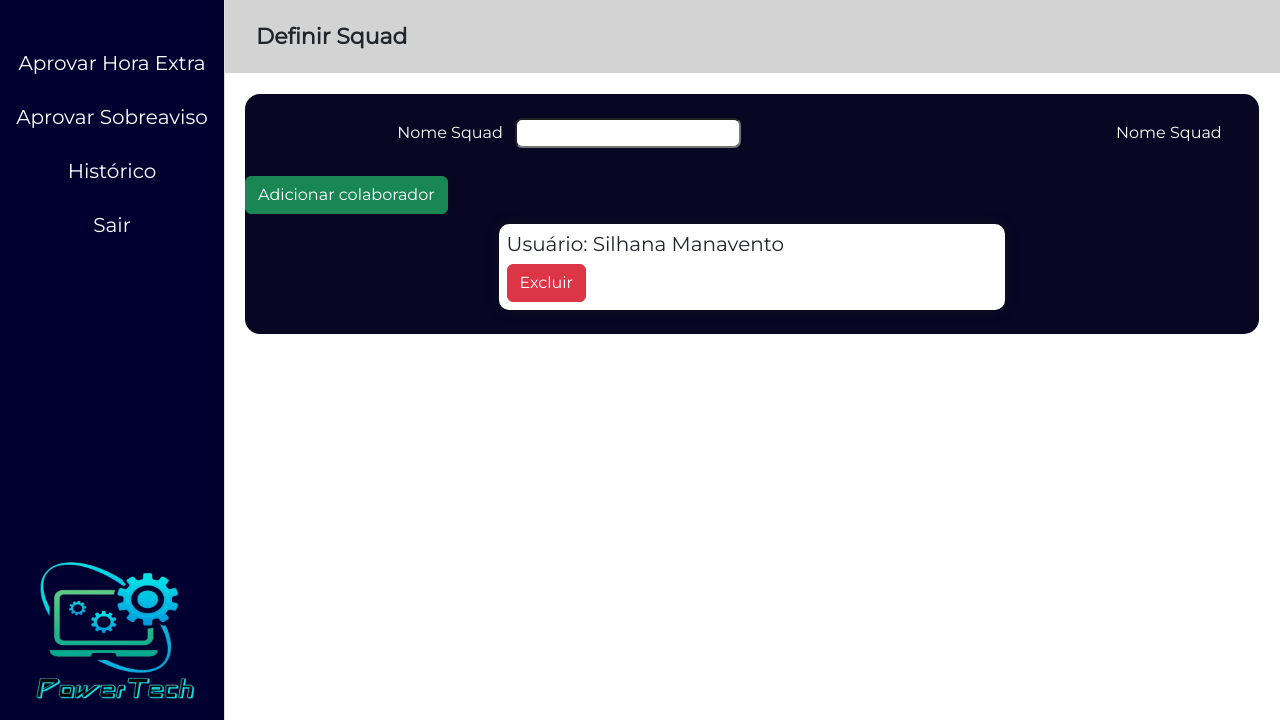
Repository: PowerTech-Fatec/API-2RP-NET
Page: /adm/squad (app in Sprint 3/2rp-web/)
These files come from the project's save history. The page is drawn as it stood at one moment and after the next save; the edit follows.
The browser window is 1280 px wide. The pictures show the whole page.
The project was rebuilt for these pictures with package versions that can differ from the ones it lists, and the page was loaded fresh each time. Also part of the build but not shown: Sprint 3/2rp-web/src/pages/login/login.js, Sprint 3/2rp-web/src/pages/home/dashboard.js, Sprint 3/2rp-web/src/pages/home/sobreaviso/sobreaviso.css, Sprint 3/2rp-web/src/pages/home/sobreaviso/sobreaviso.js, Sprint 3/2rp-web/src/pages/home/hora-extra/hora-extra.css, Sprint 3/2rp-web/src/pages/home/hora-extra/hora-extra.js, Sprint 3/2rp-web/src/components/cards/Cards.js, Sprint 3/2rp-web/src/pages/home/gestor/aprovar-hora-extra/gestor.js and 3 more.

Above is the page before, as saved 2022-11-02 16:24:46.

After the next save:
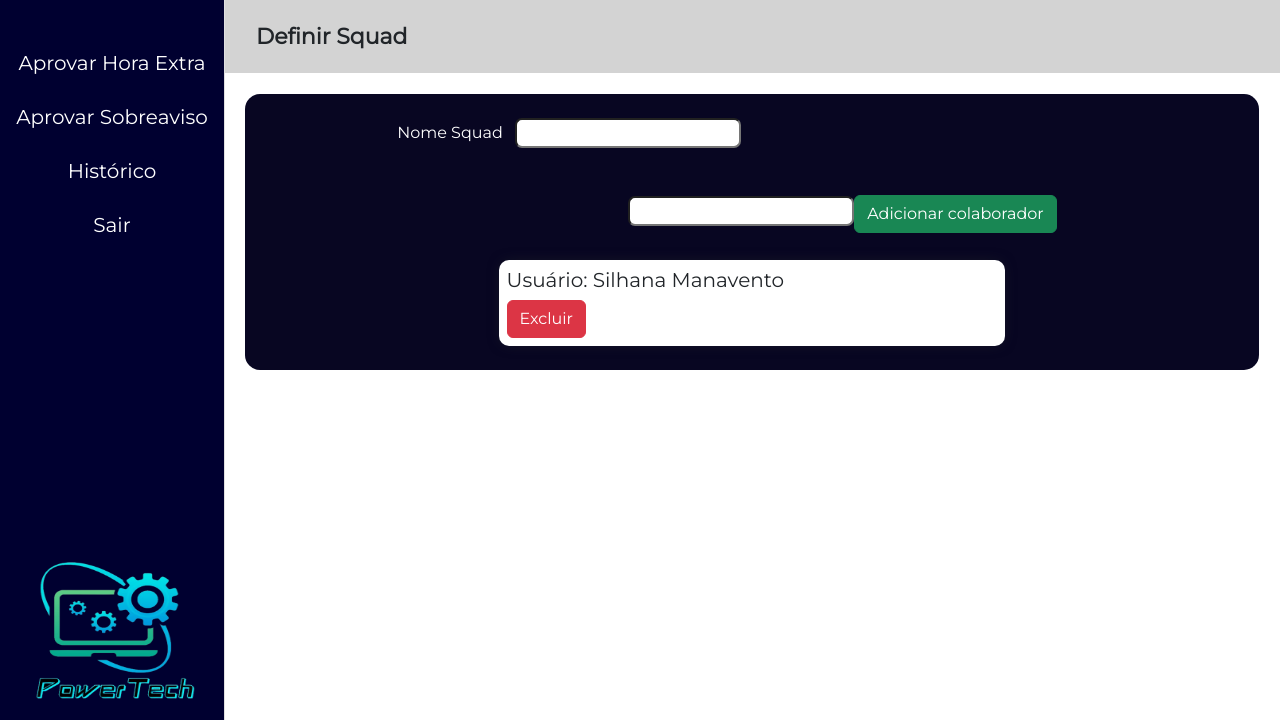
Saved 36 s later.
--- a/Sprint 3/2rp-web/src/pages/home/adm/squad/def-squad.js
+++ b/Sprint 3/2rp-web/src/pages/home/adm/squad/def-squad.js
@@ -20,7 +20,7 @@ function Squad() {
             </span>
 
             <span className="filtroLabel">
-            <label className="font">Nome Squad</label><button type="button" class="btn btn-success mt-1">Adicionar colaborador</button>
+            <input className="squad-name mt-4 mb-4 ml-2"></input><button type="button" class="btn btn-success mt-1">Adicionar colaborador</button>
             </span>
 
             {/* card info hora extra */}
